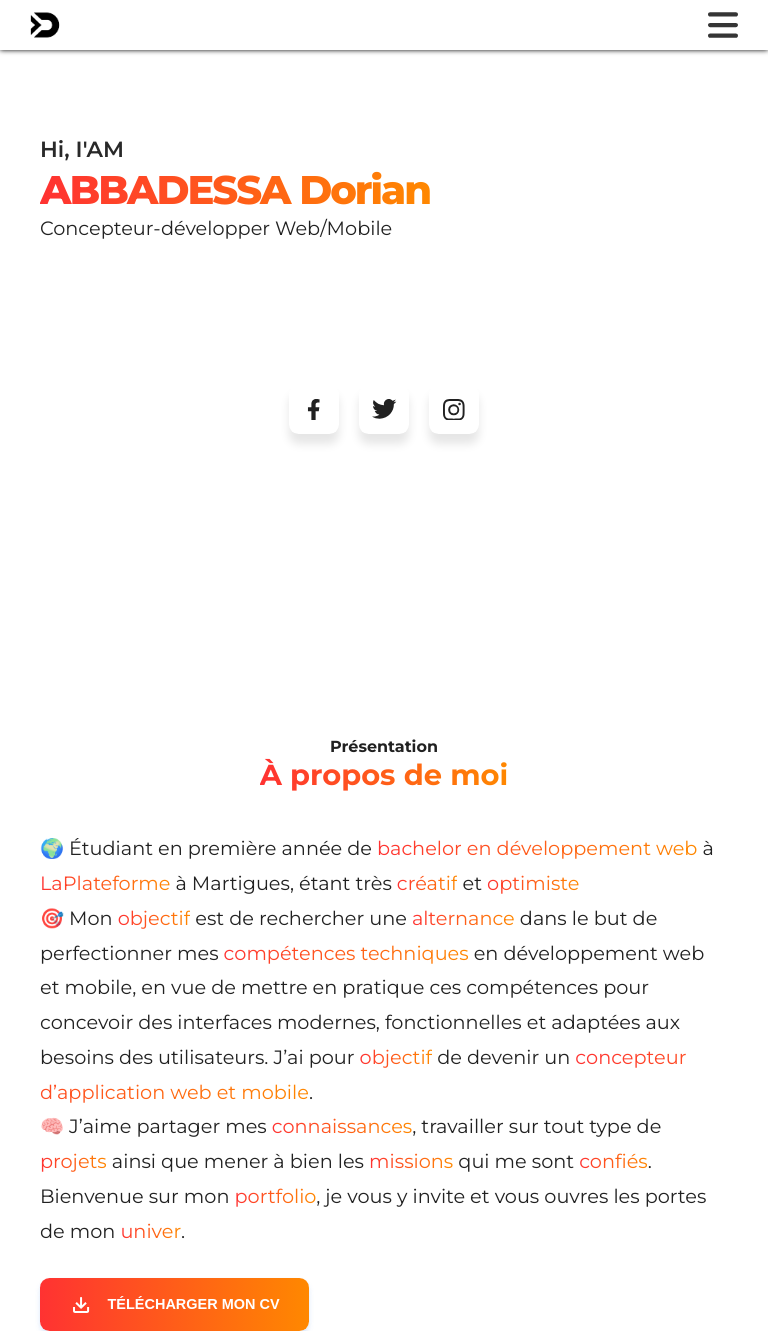
Repository: DorianABDS/Portfolio-ABBADESSA-Dorian
Page: index.html
An editor plug-in stored every save of this project. The page is shown before and after the next save, followed by the edit.
The browser window is 768 px wide. The pictures show the whole page.

Above is the page before, as saved 2024-11-27 20:38:59.

After the next save:
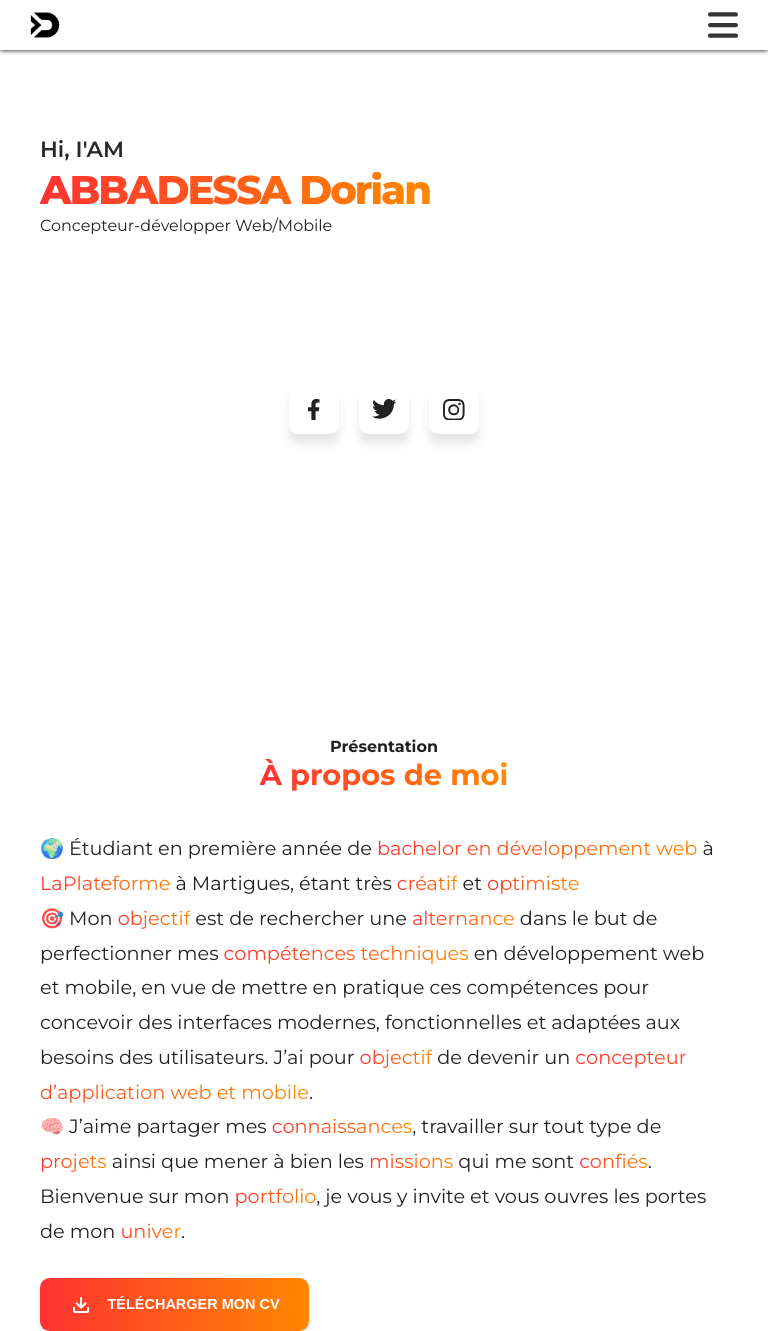
Saved 19 min 43 s later.
--- a/style.css
+++ b/style.css
@@ -274,6 +274,7 @@
     }
 
     .accueil p {
+        font-size: 16px;
         height: 80px;
         line-height: 150%;
         margin-bottom: 80px;

After the save that followed:
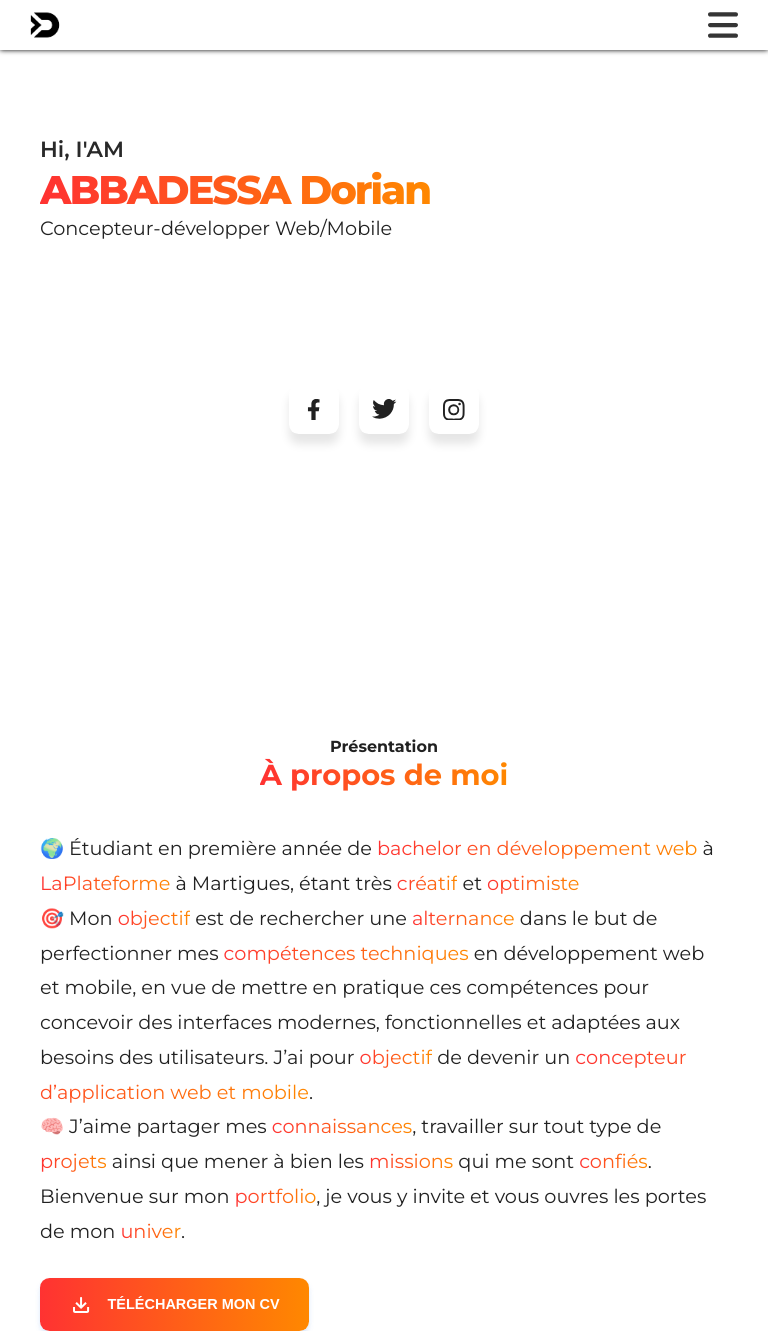
Saved 31 s later.
--- a/style.css
+++ b/style.css
@@ -274,7 +274,6 @@
     }
 
     .accueil p {
-        font-size: 16px;
         height: 80px;
         line-height: 150%;
         margin-bottom: 80px;
